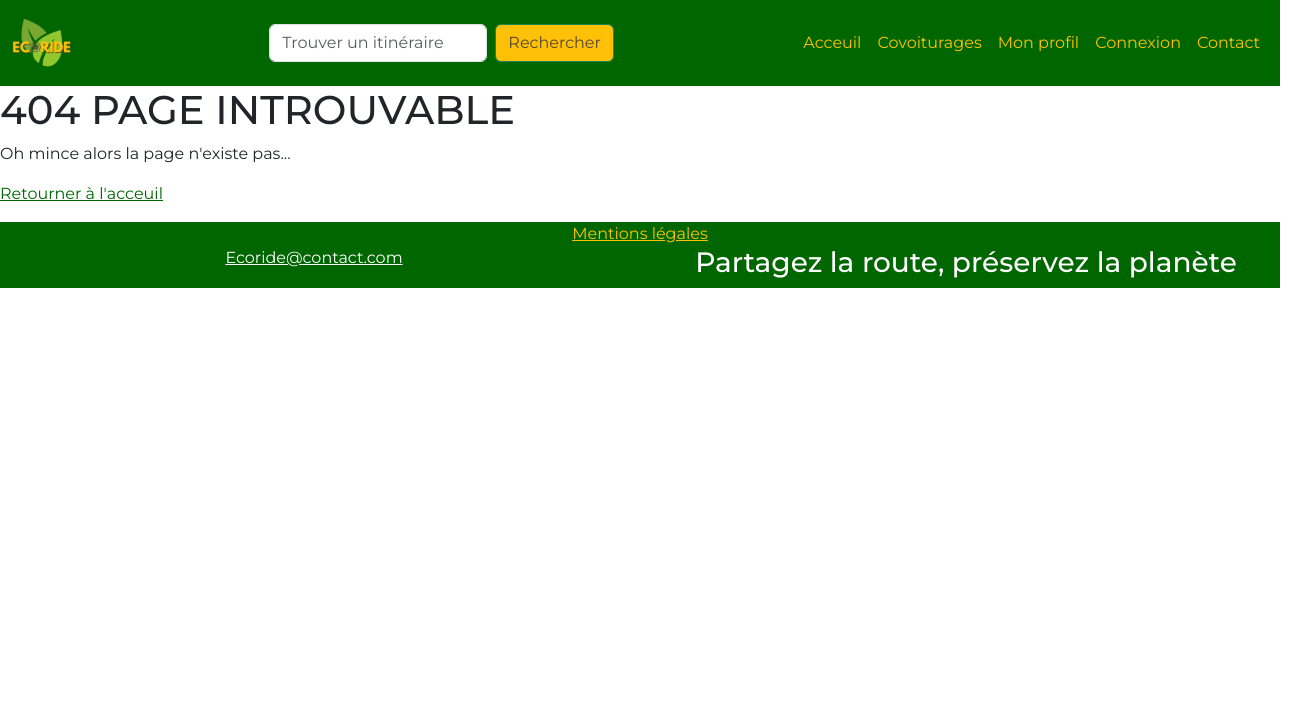
Repository: lemonhao9/ECF
Page: index.html
These files come from the project's save history. The page is drawn as it stood at one moment and after the next save; the edit follows.
The browser window is 1280 px wide. The page is 1292 px wide, then 1280 px, so the pictures cover 1292 px, including what lies to the right of the window. The pictures show the whole page.
Some web fonts or font styles are not loaded; a fallback is used. The style sheet was rebuilt from its Sass, Less or Tailwind sources for each picture, by a compiler version that may differ from the author's.

Above is the page before, as saved 2025-02-11 15:09:12.

After the next save:
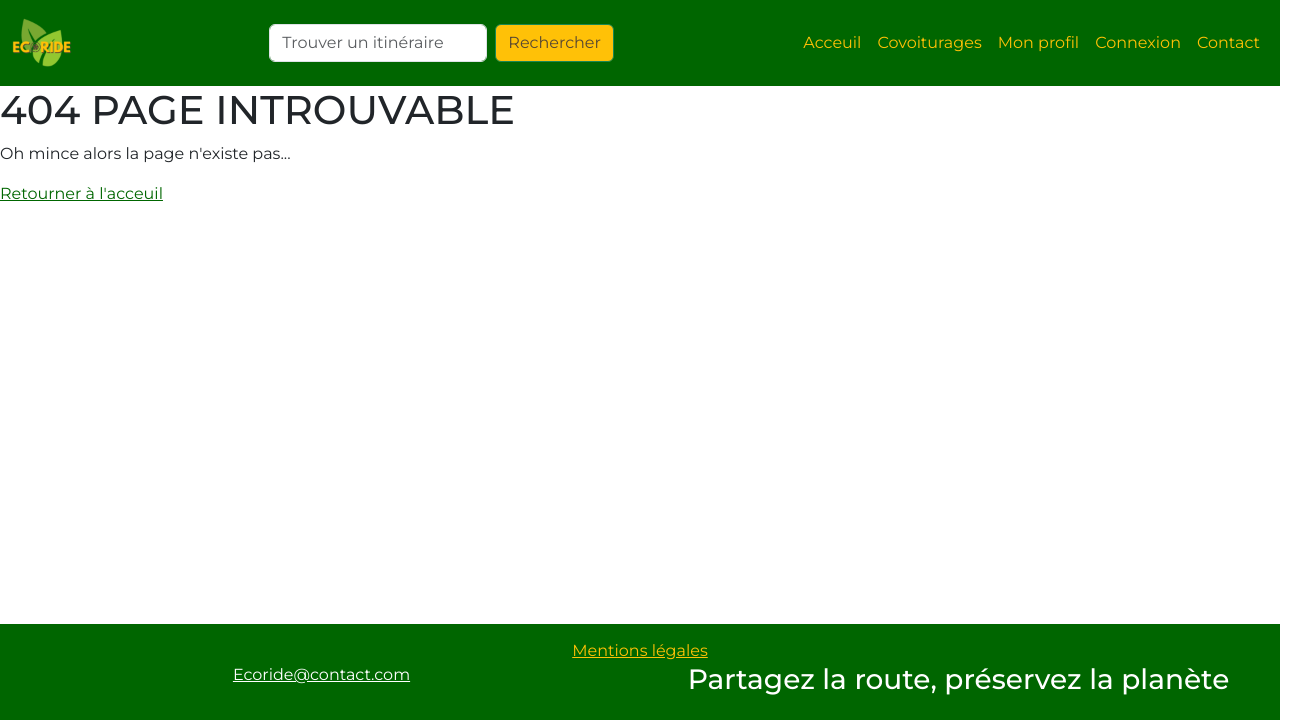
Saved 84 s later.
--- a/scss/main.scss
+++ b/scss/main.scss
@@ -5,7 +5,7 @@ html {
     min-height: 100%;
 }
 
-footer .footer {
+footer.footer {
     padding: 15px;
     position:absolute;
     bottom:0;
